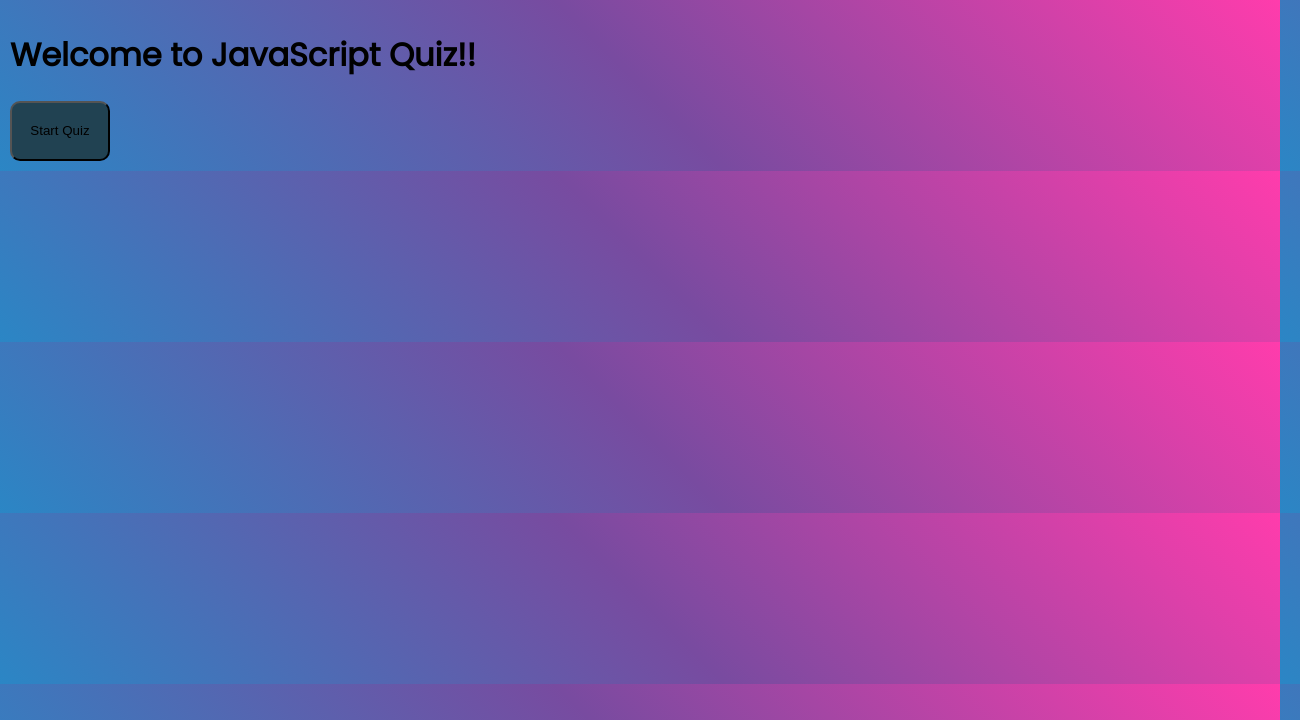
Repository: Mf948/javaQuiz
Page: index.html
An editor plug-in stored every save of this project. The page is shown before and after a run of saves, followed by the edit.
The browser window is 1280 px wide. The page is 1300 px wide, so the pictures cover 1300 px, including what lies to the right of the window. The pictures show the whole page.

Above is the page before, as saved 2020-12-03 22:25:25.
Console error: SyntaxError: Unexpected token '}'

After the next 2 saves:
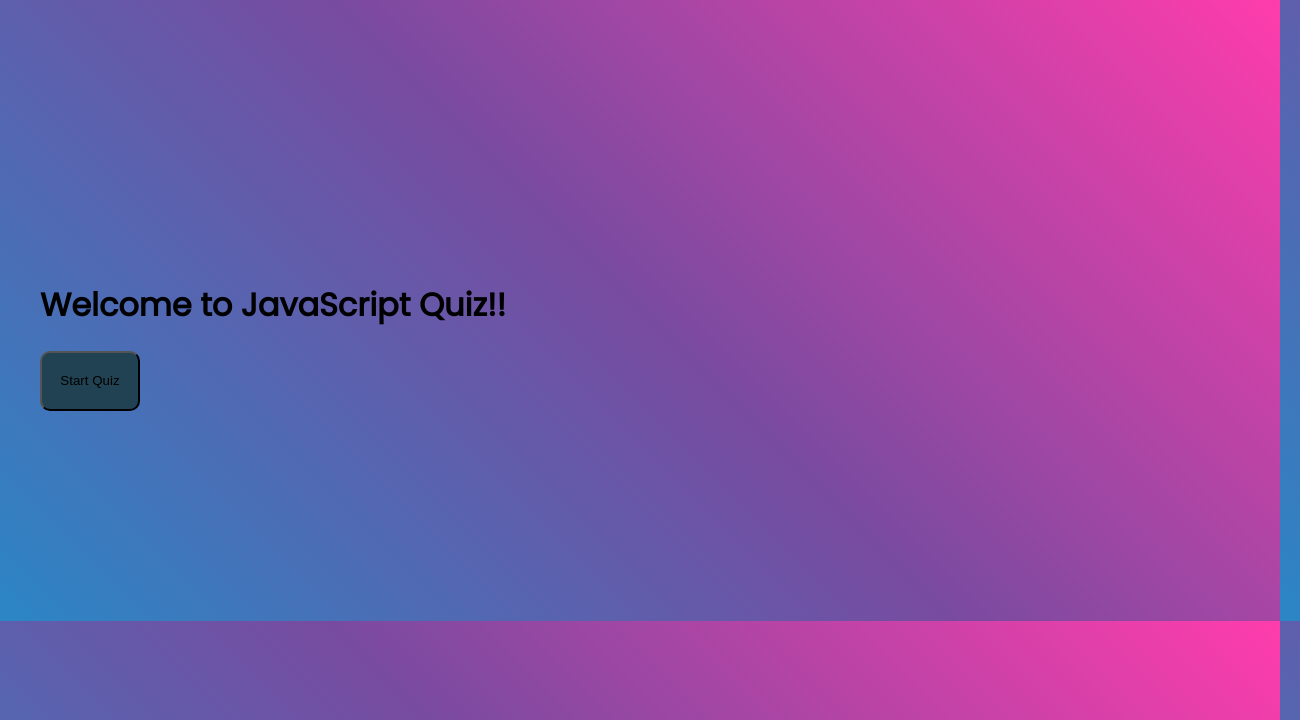
The error is gone.
The 2 saves are shown as one change because they came seconds apart.
The last was saved 5 s later.
--- a/script.js
+++ b/script.js
@@ -59,7 +59,7 @@ statement.innerText = question[count].statement
 for (var i = 0; i < question[count].choices.length; i ++ ){
 choices.innerText
 if (i = 0) {
-    choiceA.innerText =question.
+    choiceA.innerText =question[count]
 }
 }
 }
